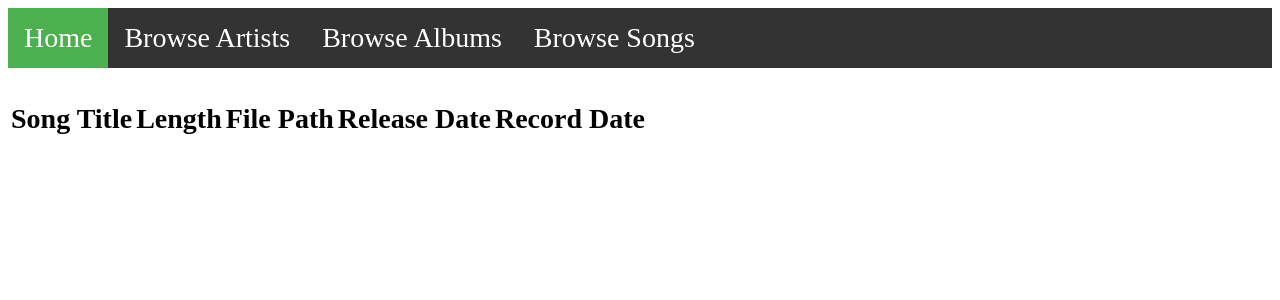
Repository: jasonfic/jmf194_INFSCI1017
Page: jmf194_FinalProject/WebContent/displaySongs.html
An editor plug-in stored every save of this project. The page is shown before and after the next save, followed by the edit.
The browser window is 1280 px wide. The pictures show the whole page.

Above is the page before, as saved 2019-04-19 15:10:17.
Console error: SyntaxError: missing ) after argument list

### jmf194_FinalProject/WebContent/displaySongs.html
<!DOCTYPE html>
<html>
<head>
<meta charset="UTF-8">
<title>View Songs</title>
<script src="script/jquery-3.4.0.min.js"></script>
<script>
$(function() {
    $("#includedContent").load("menu.html");
});
</script>
</head>

<body>
<div id="includedContent"></div>
<br/>
<div id="searchResults">
	<table id="tblSearchResults">
		<tr>
			<th>Song Title</th>
			<th>Length</th>
			<th>File Path</th>
			<th>Release Date</th>
			<th>Record Date</th>
		</tr>
	</table>
</div>
<script>
	$(document).ready(function (){
		search();
	}
	function search() {
		var url = "SongListWS?title=''&searchType=''";
		$.get(url, function(resp){
			showSongs(resp);
		})
	}
	function showSongs(data) {
		for(var i=0; i < data.length; i++){
			// First data cell
			var td = $("<td></td>"); // created empty html table data
			td.html(data[i].title);
			tr.append(td);

			// Second data cell
			// Note that we don't need to redeclare this
			td = $("<td></td>");
			td.html(data[i].length)
			tr.append(td);

			// Third data cell
			td = $("<td></td>");
			td.html(data[i].file_path)
			tr.append(td);

			td = $("<td></td>");
			td.html(data[i].release_date)
			tr.append(td);

			td = $("<td></td>");
			td.html(data[i].record_date)
			tr.append(td);

			// Append row to the table
			$("#tblSearchResults").append(tr);
		}
	}
</script>
</body>
</html>

### jmf194_FinalProject/WebContent/menu.html
<!DOCTYPE html>
<html>
<head>
<meta charset="UTF-8">
<title>Music Navigator</title>
<style>
body {
  font-size: 28px;
}

ul {
  list-style-type: none;
  margin: 0;
  padding: 0;
  overflow: hidden;
  background-color: #333;
  position: -webkit-sticky;
  position: sticky;
  top: 0;
}

li {
  float: left;
}

li a {
  display: block;
  color: white;
  text-align: center;
  padding: 14px 16px;
  text-decoration: none;
}

li a:hover {
  background-color: #111;
}

.active {
  background-color: #4CAF50;
}
</style>
</head>
<body>
<ul>
  <li><a class="active" href="index.html">Home</a></li>
  <li><a href="artist.html">Browse Artists</a></li>
  <li><a href="album.html">Browse Albums</a></li>
  <li><a href="song.html">Browse Songs</a></li>
</ul>

</body>
</html>

### jmf194_FinalProject/WebContent/css/style.css
.table {
	border: 1px solid #000;
	padding: 10px;
	border-radius: 15px;
}

.textField {
	border: 1px solid #000;
	border-radius: 5px;
	padding: 5px;
	margin: 5px;
	width: 300px;
	height: 30px;
}

#searchResults {
	border: 1px solid #000;
	padding: 10px;
	margin-top: 10px;
	border-radius: 15px;
}

input[type=button] {
	border: 1px solid #000;
	padding: 10px;
	border-radius: 5px;
}

#tblSearchResults {
	border-collapse: collapse;
}

#tblSearchResults tr th, td {
	border: 1px solid #000;
	padding: 5px;
}

Loaded but not shown: jmf194_FinalProject/WebContent/script/jquery-3.4.0.min.js (library)

After the next save:
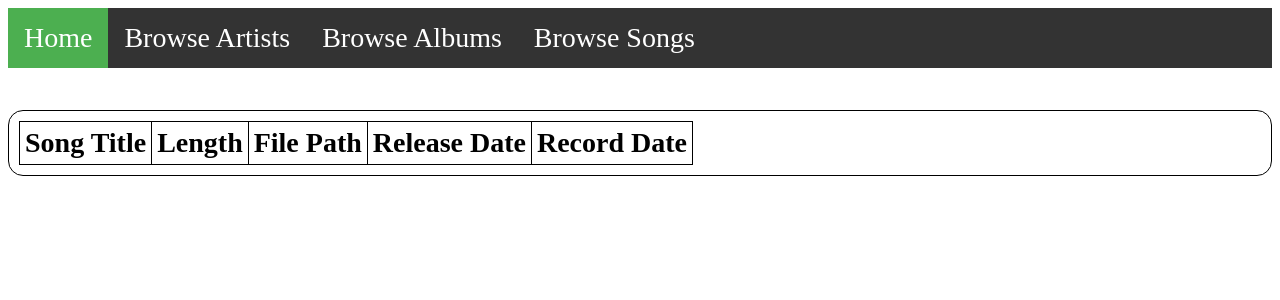
Saved 79 s later.
--- a/jmf194_FinalProject/WebContent/displaySongs.html
+++ b/jmf194_FinalProject/WebContent/displaySongs.html
@@ -4,6 +4,7 @@
 <meta charset="UTF-8">
 <title>View Songs</title>
 <script src="script/jquery-3.4.0.min.js"></script>
+<link href="css/style.css" rel="stylesheet" type="text/css" />
 <script>
 $(function() {
     $("#includedContent").load("menu.html");
